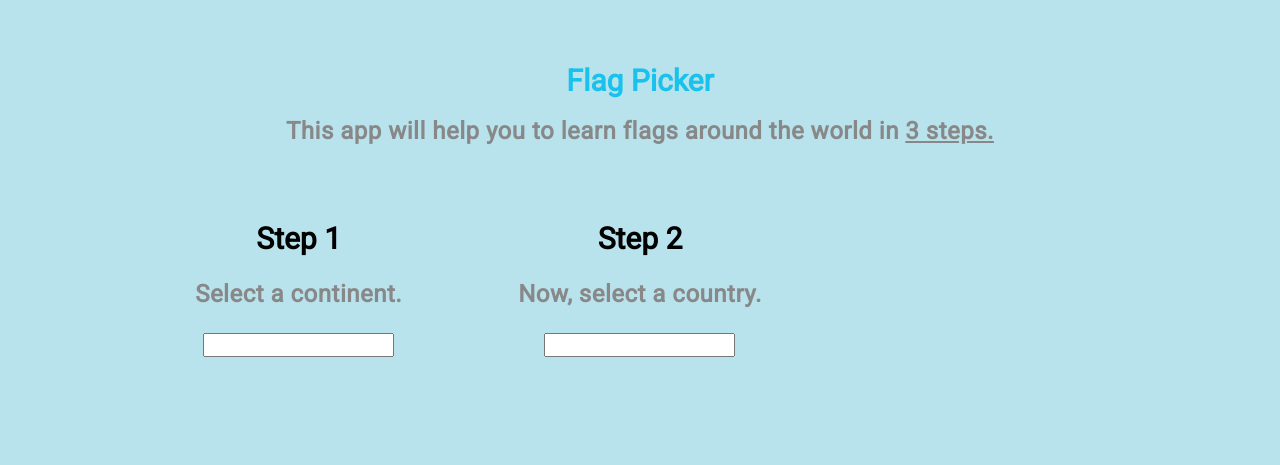
Repository: paras-shah/flag-app
Page: /
The author's editor kept a copy of each file at every save. The page is drawn from the files as they stood at one save, then again after the next save.
The browser window is 1280 px wide. The pictures show the whole page.
The project was rebuilt for these pictures with package versions that can differ from the ones it lists, and the page was loaded fresh each time.

Above is the page before, as saved 2020-02-11 22:03:18.

After the next save:
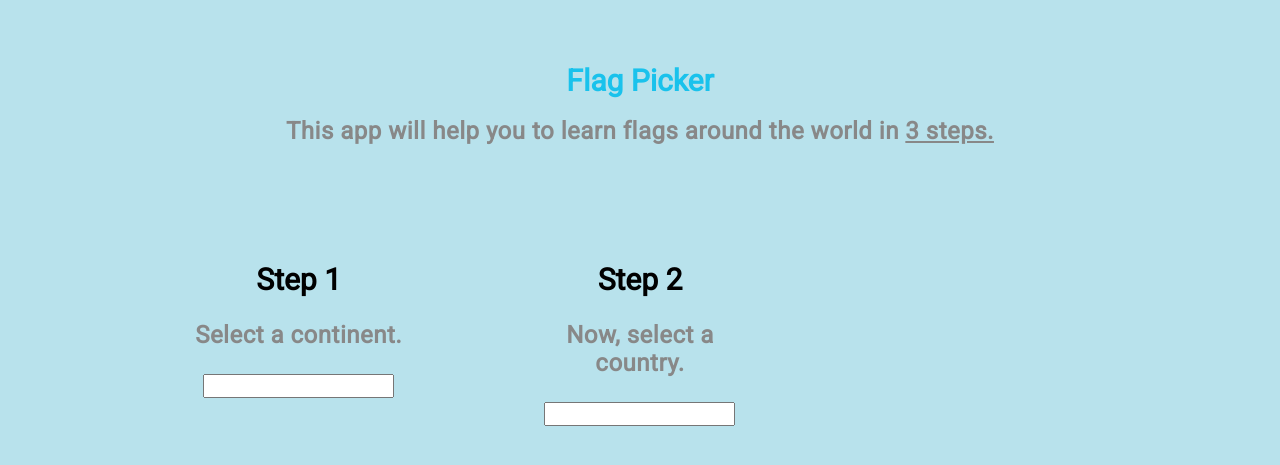
Saved 3 min 50 s later.
--- a/src/style/index.css
+++ b/src/style/index.css
@@ -49,5 +49,16 @@ h2 span {
 
 .app-content .column {
 	width: 33.3%;
-	padding: 1%;
+  padding: 5%;
 }
+
+.column input:{
+    width: 100%;
+    height: 50px;
+    border: solid 1px grey;
+    border-radius: 5px;
+    font-size: 20px;
+    line-height: 50px;
+    padding: 5px;
+    box-sizing: border-box;
+}
